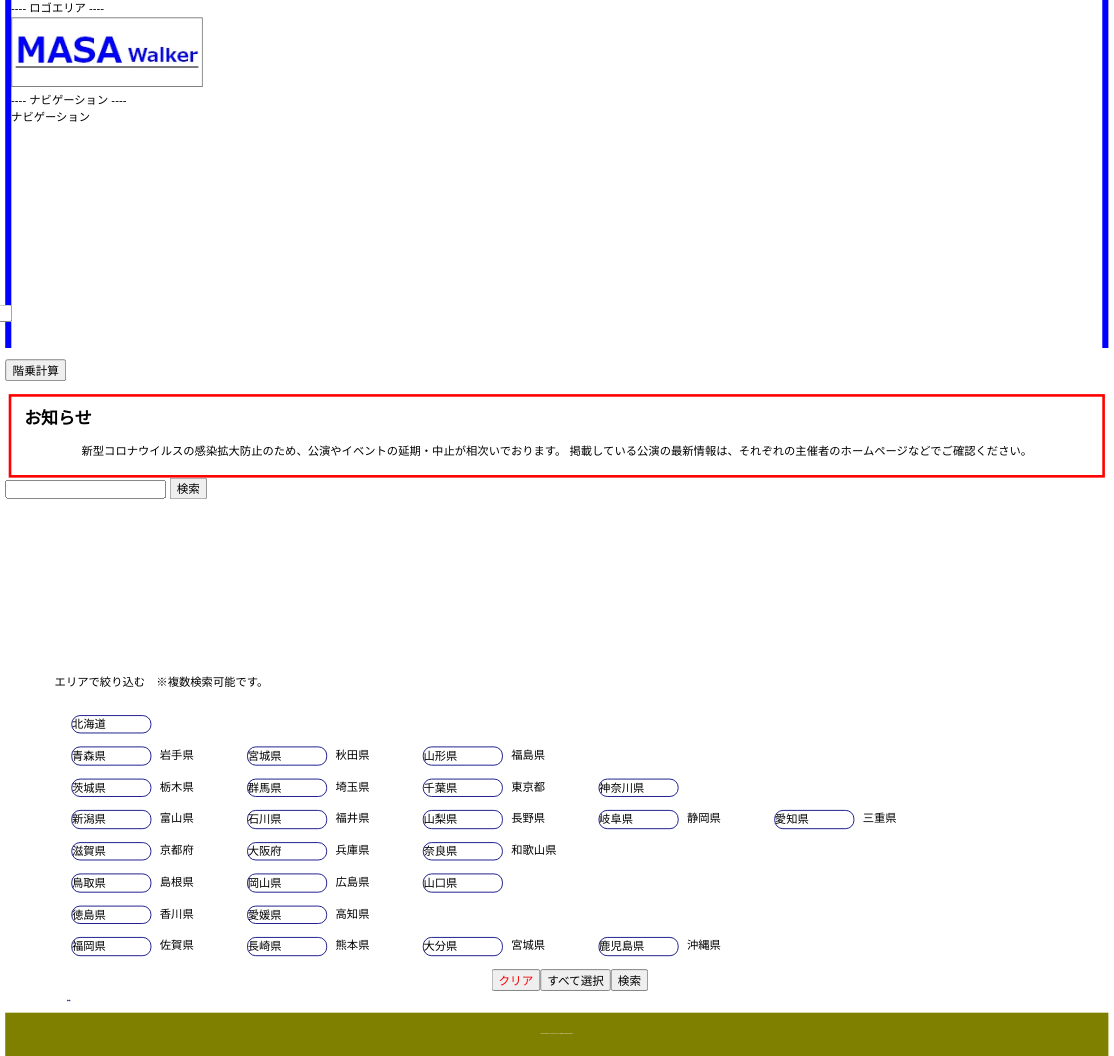
Repository: onomasaki-sapporo/masa-walker
Page: http://localhost/
The author's editor kept a record of every edit. The page is drawn from the files as they stood at one moment, then again after the next edit.
The browser window is 1280 px wide. The pictures show the whole page, at 87% of full size.
The page is run by PHP 8.4 with error messages shown; the project is at /var/www/html/. Queries for data that is not in the repository find no rows.

Above is the page before.

After the next edit:
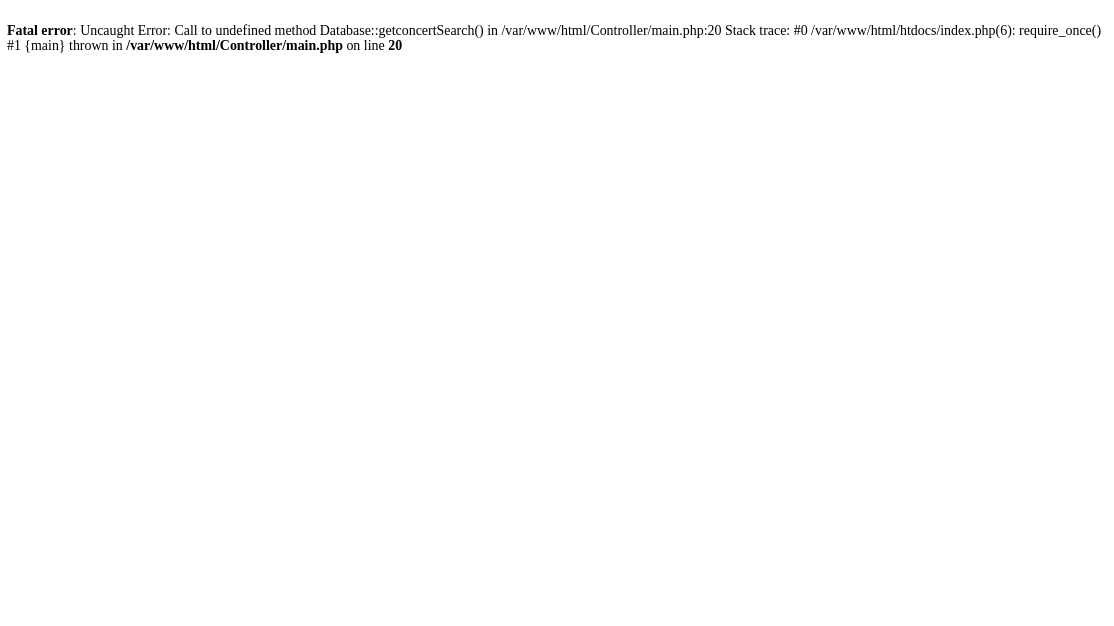
The edit:
--- a/Controller/main.php
+++ b/Controller/main.php
@@ -15,5 +15,10 @@
 
 }
 
+try {
+  $db = new Database();
+  $result = $db->getconcertSearch();
+} catch (Exception $e) {
 
+}
 require_once("../View/home.1.html");
